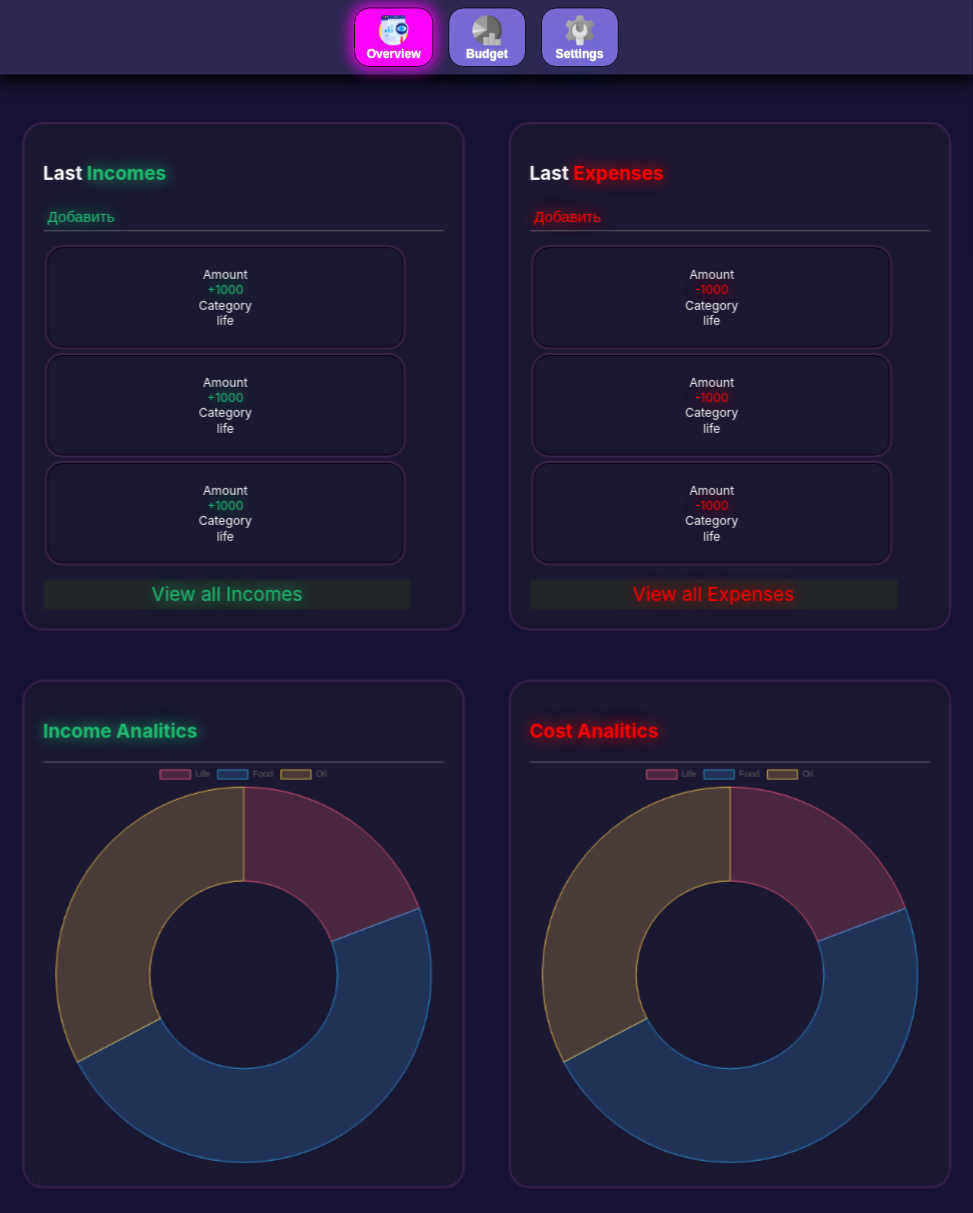
Repository: Minkeani/Money-Manager
Page: /Overview
An editor plug-in stored every save of this project. The page is shown before and after the next save, followed by the edit.
The browser window is 1280 px wide. The pictures show the whole page, at 76% of full size.
The project was rebuilt for these pictures with package versions that can differ from the ones it lists, and the page was loaded fresh each time. Also part of the build but not shown: src/components/Budget/Budget.module.css, src/components/Budget/Budget.jsx, src/components/Settings/Settings.jsx, src/components/NotFound/NotFound.module.css, src/components/NotFound/NotFound.jsx.

Above is the page before, as saved 2022-07-17 19:06:17.

After the next save:
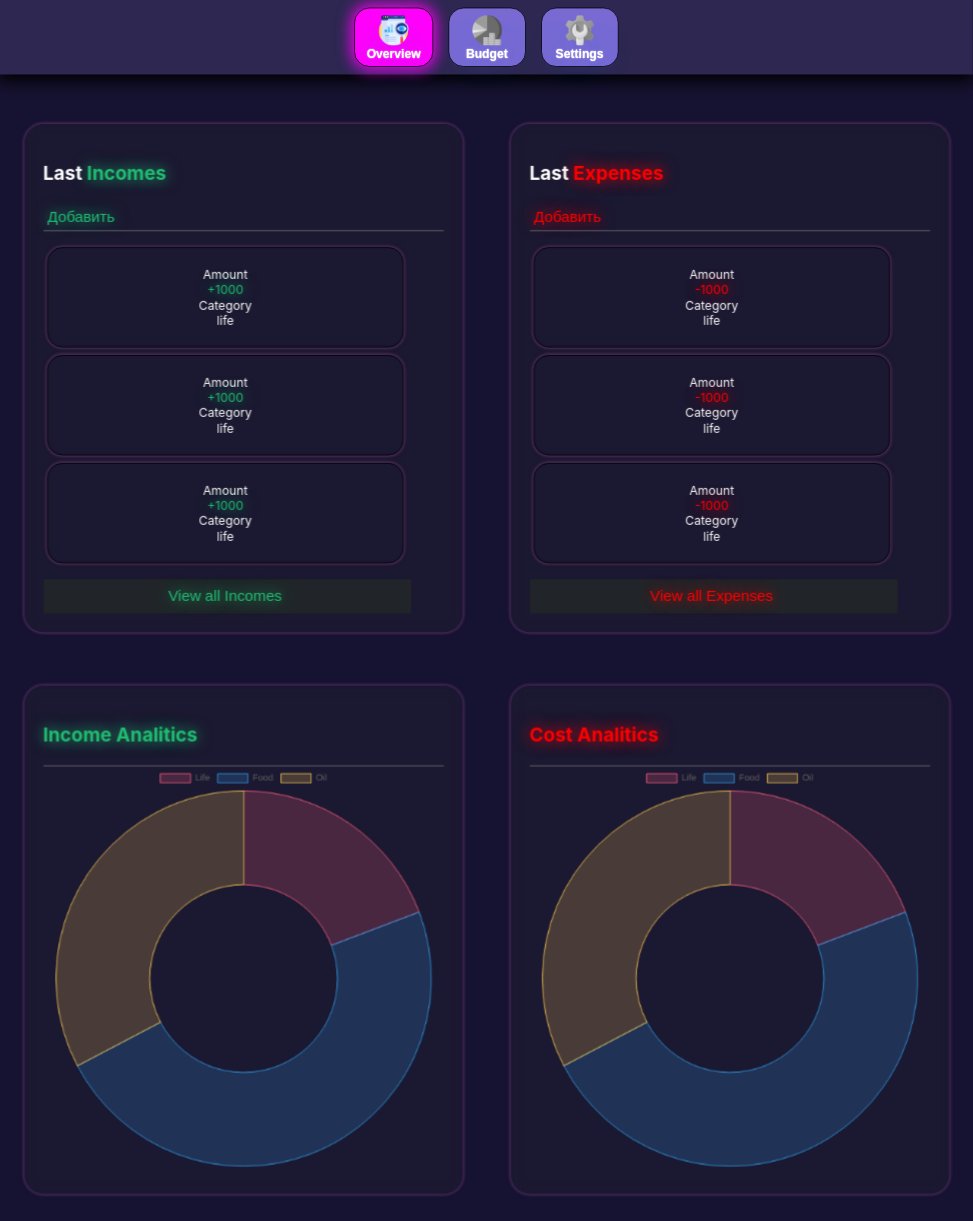
Saved 17 s later.
--- a/src/components/OverviewBlocks/OverviewBlock/OverviewBlock.jsx
+++ b/src/components/OverviewBlocks/OverviewBlock/OverviewBlock.jsx
@@ -20,7 +20,7 @@ const OverviewBlock = () => {
                                         <li><div className={styles.listCont}> Amount<span className={classes === 'money' ? styles.money : styles.Remoney}>{sign}{money}</span> Category <span>{category}</span></div></li>
                                     ))}
                             </ul>
-                            <div className={styles.All}><span className={classes === 'money' ? styles.money : styles.Remoney}>View all {type}</span></div>
+                            <div className={styles.All}><button className={classes === 'money' ? styles.money : styles.Remoney}>View all {type}</button></div>
                         </div>
             )
             )}
